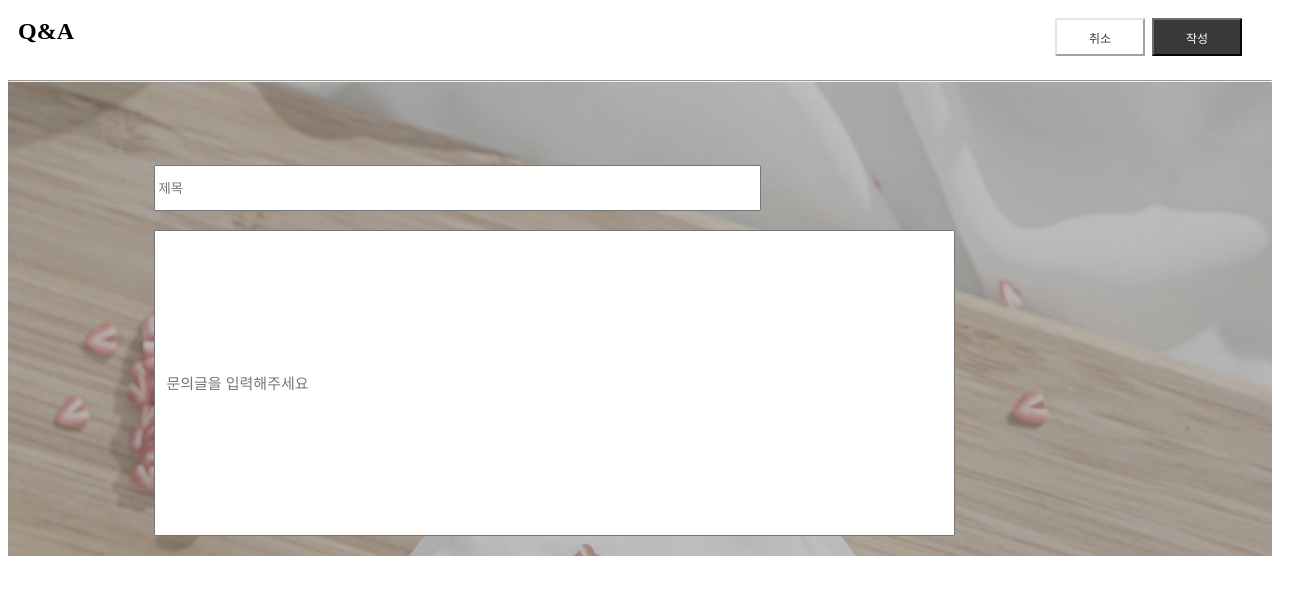
Repository: keepsus/gaebokchi
Page: http://localhost/uzuslime/qna/qnaWriteForm.jsp
These files come from the project's save history. The page is drawn as it stood at one moment and after the next save; the edit follows.
The browser window is 1280 px wide. The page is 1292 px wide, so the pictures cover 1292 px, including what lies to the right of the window. The pictures show the whole page.
The page is served by Tomcat 9. Nobody is signed in. The application's start-up code is not run.

Above is the page before, as saved 2021-02-14 08:25:59.

After the next save:
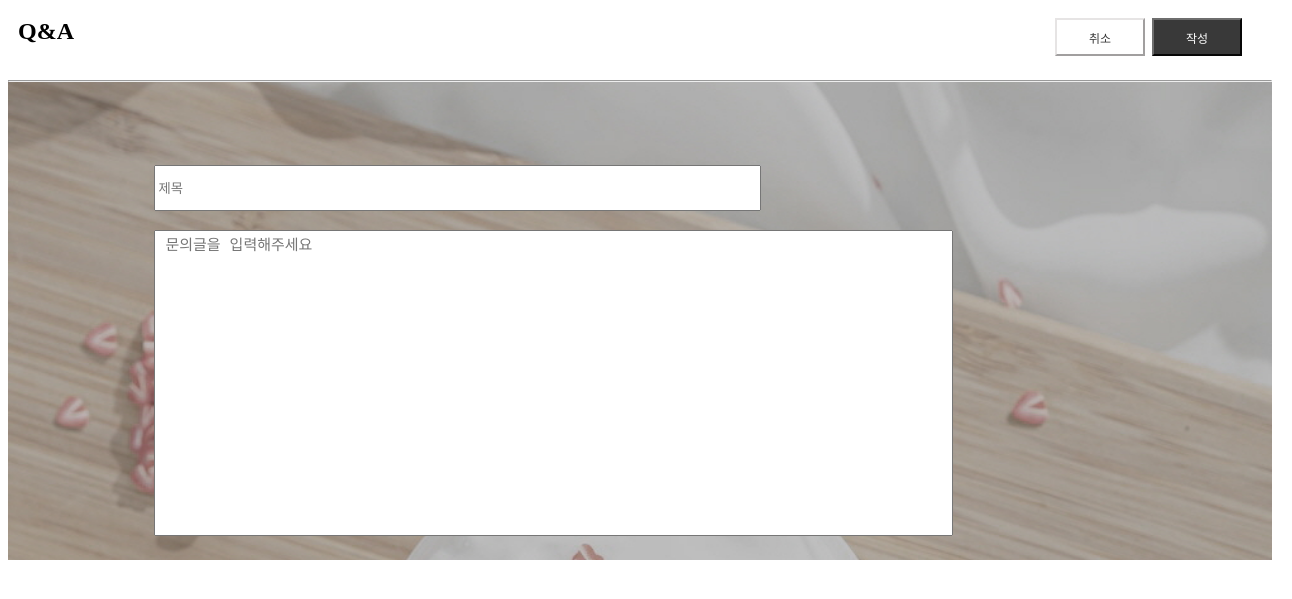
Saved 3 min 5 s later.
--- a/uzuslime/src/main/webapp/qna/qnaWriteForm.jsp
+++ b/uzuslime/src/main/webapp/qna/qnaWriteForm.jsp
@@ -37,7 +37,7 @@
                             </div>
                             <div class="qnaBody" style="padding-top: 15px;">
                                 <div class="txt_wrapper">
-                                    <input type="textarea" class="qna_content" id="content" name="content" placeholder="문의글을 입력해주세요">
+                                    <textarea style="resize: none;" class="qna_content" id="content" name="content" placeholder="문의글을 입력해주세요"></textarea>
                                      <div id="contentDiv"></div>
                                 </div>
                             </div>
